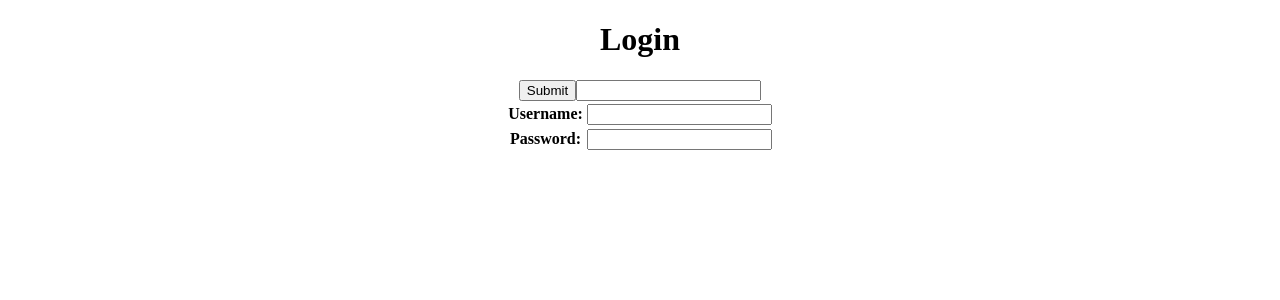
Repository: Sourabhmag/week-5
Page: http://localhost/LoginApp/login.jsp
An editor plug-in stored every save of this project. The page is shown before and after the next save, followed by the edit.
The browser window is 1280 px wide. The pictures show the whole page.
The page is served by Tomcat 9. Other server files are loaded and not shown.

Above is the page before, as saved 2019-11-06 10:36:32.

### LoginApp/WebContent/login.jsp
<%@ page language="java" contentType="text/html; charset=UTF-8"
	pageEncoding="UTF-8"%>
<!DOCTYPE html>
<html>
<head>
<style type="text/css">
	form {text-align:center;}
	table {text-align:center;}
	tr {text-align:center;}
	th {text-align:center;}
	h1 {text-align:center;}
</style>
<meta charset="UTF-8">
<title>Welcome to my Website</title>
</head>
<body>
	<h1>Login</h1>
	<form>
	<table align="center">
		<tr><th >Username:</th> <th ><input type="text" name="firstname"></th></tr>
		<tr><th >Password:</th> <th ><input type="password" name="firstname"></th></tr>
		<tr>
			<input type="submit" name="submit">
			<input type="clear" name="clear">

		</tr>






		</table>
	</form>
</body>
</html>

After the next save:
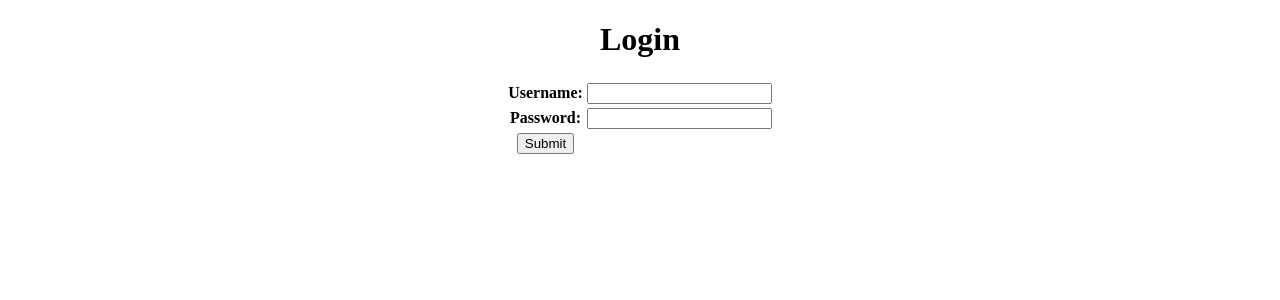
Saved 19 s later.
--- a/LoginApp/WebContent/login.jsp
+++ b/LoginApp/WebContent/login.jsp
@@ -19,11 +19,7 @@
 	<table align="center">
 		<tr><th >Username:</th> <th ><input type="text" name="firstname"></th></tr>
 		<tr><th >Password:</th> <th ><input type="password" name="firstname"></th></tr>
-		<tr>
-			<input type="submit" name="submit">
-			<input type="clear" name="clear">
-
-		</tr>
+		<tr><th align="center" ><input type="submit" name="submit"></th></tr>
 
 
 
